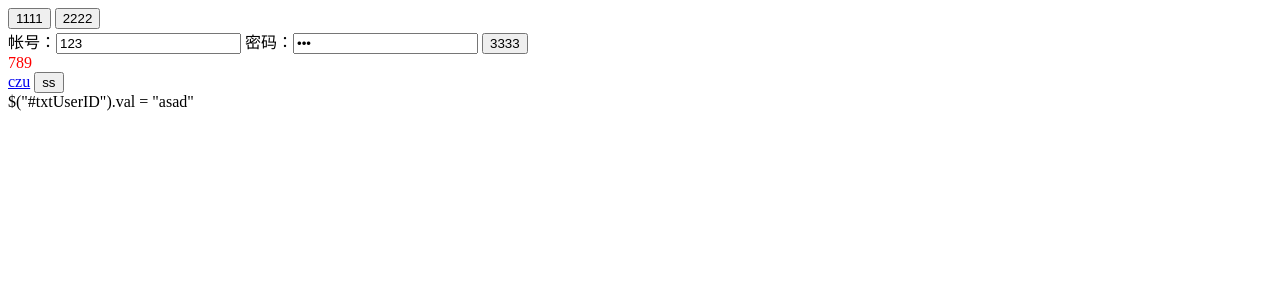
Repository: MuzDing/Muz_Data
Page: http://localhost/javeEe/NewFile.jsp
An editor plug-in stored every save of this project. The page is shown before and after the next save, followed by the edit.
The browser window is 1280 px wide. The pictures show the whole page.
The page is served by Tomcat 9. Other server files are loaded and not shown.

Above is the page before, as saved 2017-09-18 02:36:04.

### java-workspace/javeEe/WebContent/NewFile.jsp
<!DOCTYPE HTML>
<html>
<head>
<%@ page language="java" contentType="text/html; charset=UTF-8"
	pageEncoding="UTF-8"%>
<meta http-equiv="Content-Type" content="text/html; charset=UTF-8">
<title>在此处插入标题</title>

<script type="text/javascript" src="JS/Jcript.js"></script>
<script type="text/javascript" src="JS/jquery-3.2.1.js"></script>
<script type="text/javascript">

</script>
</head>
<body>
	<input id="Button1" type="button" value="1111" onclick="QH(1,10)">
	<input id="Button2" type="button" value="2222" onclick="NumToWeek()">
	<form id="form1" runat="server">
		<div>
			帐号：<input id="txtUserID" type="text" value="123">
			密码：<input id="txtUserPWD" type="password" value="123">
			<input id="Button3" type="button" value = "3333" onclick="ShowUserID()">
		</div>
		<div id = "divTest"><span style = "color:red"> 789</span>
		</div>

		<a id = "HyKink" href="http://www.czu.cn">czu</a>
		<input id ="Button4" type="button" value="ss" onclick="ChangLink()">
	</form>
	$("#txtUserID").val = "asad"
</body>
</html>

### java-workspace/javeEe/WebContent/JS/Jcript.js
/**
 *
 */
	function QH(startNum,endNum) {
		var totalNum=0;
		for(var i =startNum;i<endNum;i++){
			totalNum+=i;
		}
		alert(totalNum)
	}
	function WeekChange(num) {
		var week;
		switch (num) {
		case "1":week = "星期一";break;
		case "2":week = "星期2";break;
		case "3":week = "星期3";break;
		case "4":week = "星期4";break;
		case "5":week = "星期5";break;
		case "6":week = "星期6";break;
		case "7":week = "星期7";break;
		default: week="无法识别"
			break;
		}
		return week;
	}
	function NumToWeek() {
		var changedWeek;
		var num = prompt("输入转化的数字:",1);

		changedWeek = WeekChange(num);
		alert(changedWeek);
	}
	function ShowUserID(){
		var userID;
		var divInnerHtml;
		var divInnerText;
		userID = document.getElementById("txtUserID").value;
		divInnerHtml = document.getElementById("divTest").innerHTML;
		divInnerTest = document.getElementById("divTest").innerText;
		alert(userID)
		alert(divInnerHtml)
		alert(divInnerTest)
	}
	function ChangLink(){
		document.getElementById("HyLink").innerHTML="baidu";
		document.getElementById("divTest").href = "http://www.baidu.com";
	}

Loaded but not shown: java-workspace/javeEe/WebContent/JS/jquery-3.2.1.js (library)

After the next save:
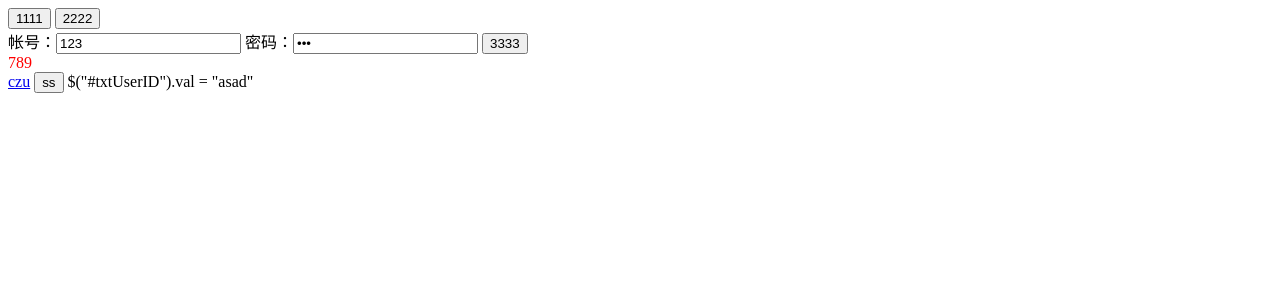
Saved 15 s later.
--- a/java-workspace/javeEe/WebContent/NewFile.jsp
+++ b/java-workspace/javeEe/WebContent/NewFile.jsp
@@ -26,7 +26,8 @@
 
 		<a id = "HyKink" href="http://www.czu.cn">czu</a>
 		<input id ="Button4" type="button" value="ss" onclick="ChangLink()">
+		$("#txtUserID").val = "asad"
 	</form>
-	$("#txtUserID").val = "asad"
+
 </body>
 </html>
